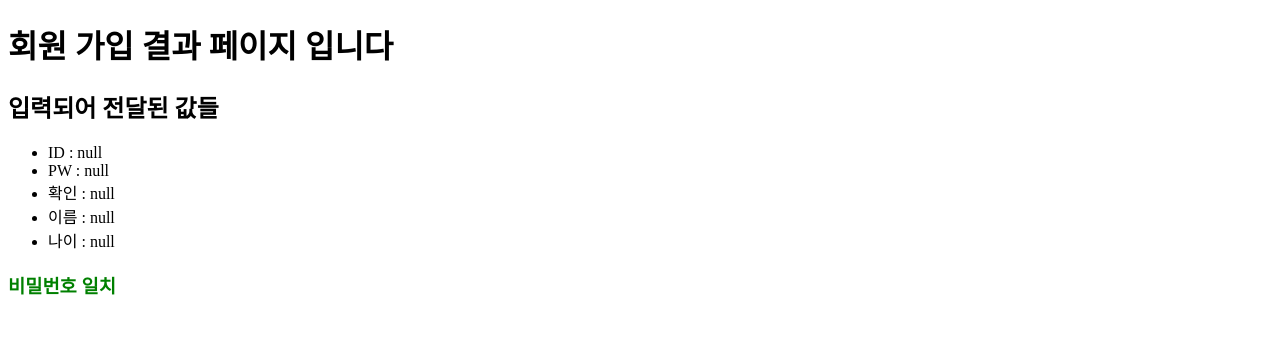
Repository: manggo999/05_Server
Page: http://localhost/ServletPractice/WEB-INF/views/signup_result.jsp
An editor plug-in stored every save of this project. The page is shown before and after the next save, followed by the edit.
The browser window is 1280 px wide. The pictures show the whole page.
The page is served by Tomcat 10. Nobody is signed in. Other server files are loaded and not shown. The template is opened directly, without the code that normally fills it, so the values that code supplies are empty.

Above is the page before, as saved 2024-10-01 07:50:22.

### ServletPractice/src/main/webapp/WEB-INF/views/signup_result.jsp
<%@ taglib prefix="c" uri="http://java.sun.com/jsp/jstl/core" %>


<%@ page language="java" contentType="text/html; charset=UTF-8"
    pageEncoding="UTF-8"%>
<!DOCTYPE html>
<html>
	<head>
	<meta charset="UTF-8">
	<title>Insert title here</title>
	</head>
	<body>
	  	<h1>회원 가입 결과 페이지 입니다</h1>

	  	<h2> 입력되어 전달된 값들 </h2>

	  	 	<ul>
	  	 		<li>ID : <%= request.getParameter("inputId") %></li>
	  	 		<li>PW : <%= request.getParameter("inputPw") %></li>
	  	 		<li>확인 : <%= request.getParameter("inputPwCheck") %></li>
	  	 		<li>이름 : <%= request.getParameter("inputName") %></li>
	  	 		<li>나이 : <%= request.getParameter("inputAge") %></li>
	  	 	</ul>

	  	 	<c:if test="${param.inputPw == param.inputPwCheck}">
		        <h3 style="color: green;">비밀번호 일치</h3>
	        </c:if>

	        <c:if test="${param.inputPw != param.inputPwCheck}">
		        <h1 style="color: red;">비밀번호 불일치</h1>
	        </c:if>


	</body>
</html>

After the next save:
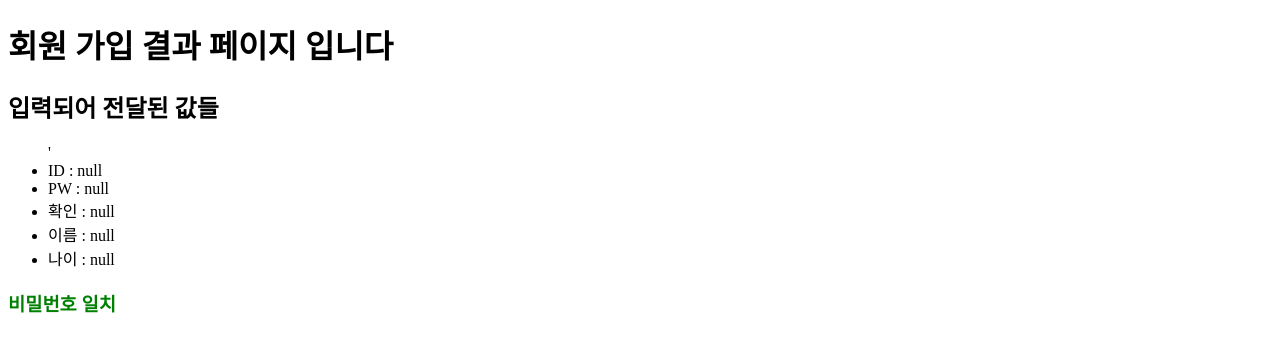
Saved 75 s later.
--- a/ServletPractice/src/main/webapp/WEB-INF/views/signup_result.jsp
+++ b/ServletPractice/src/main/webapp/WEB-INF/views/signup_result.jsp
@@ -14,7 +14,7 @@
 
 	  	<h2> 입력되어 전달된 값들 </h2>
 
-	  	 	<ul>
+	  	 	<ul>'
 	  	 		<li>ID : <%= request.getParameter("inputId") %></li>
 	  	 		<li>PW : <%= request.getParameter("inputPw") %></li>
 	  	 		<li>확인 : <%= request.getParameter("inputPwCheck") %></li>
